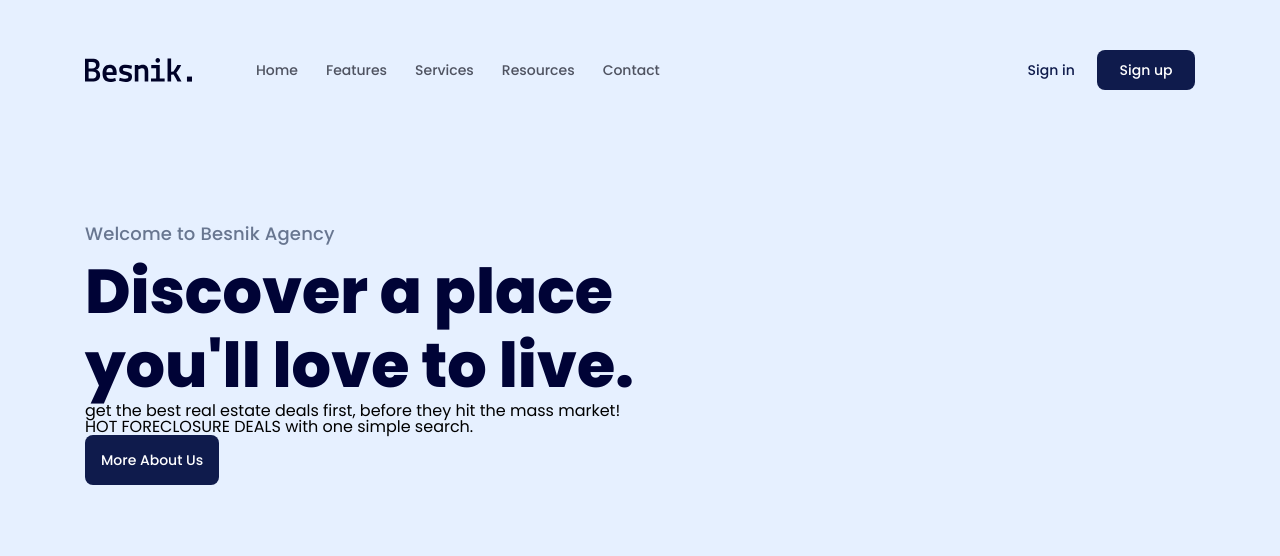
Repository: trungnguyen131/froject-01
Page: index.html
These files come from the project's save history. The page is drawn as it stood at one moment and after a run of saves; the edit follows.
The browser window is 1280 px wide. The pictures show the whole page.

Above is the page before, as saved 2024-02-25 23:42:42.

### index.html
<!DOCTYPE html>
<html lang="en">
<head>
    <meta charset="UTF-8">
    <meta name="viewport" content="width=device-width, initial-scale=1.0">
    <title>Project 01</title>
    <link rel="stylesheet" href="./assets/css/reset.css">
    <link rel="stylesheet" href="./assets/fonts/stylesheet.css">
    <link rel="stylesheet" href="./assets/css/style.css">
</head>
<body>
    <main>
        <!-- Header -->
        <header class="header">
            <div class="content">
                <nav class="navbar">
                    <!-- Logo -->
                    <img src="./assets/img/logo.svg" alt="Besnik.">
                    <!-- Navigation -->
                    <ul>
                        <li><a href="#!">Home</a></li>
                        <li><a href="#!">Features</a></li>
                        <li><a href="#!">Services</a></li>
                        <li><a href="#!">Resources</a></li>
                        <li><a href="#!">Contact</a></li>
                    </ul>
                    <!-- Action -->
                    <div class="actions">
                        <a href="#!" class="action-link">Sign in</a>
                        <a href="#!" class="btn action-btn">Sign up</a>
                    </div>
                </nav>
                <div class="hero">
                    <div class="info">
                        <p class="sub-title">Welcome to Besnik Agency</p>
                        <h1 class="title">Discover a place
                            you'll love to live.</h1>
                        <p class="desc">get the best real estate deals first,
                            before they hit the mass market! HOT FORECLOSURE DEALS with one simple search.</p>
                        <a href="#!" class="btn">More About Us</a>
                    </div>
                </div>
            </div>
        </header>
    </main>
</body>
</html>

### assets/fonts/stylesheet.css
/* ========================= Poppins =========================  */
@font-face {
    font-family: 'Poppins';
    src: url('Poppins/Poppins-SemiBold.woff2') format('woff2'),
        url('Poppins/Poppins-SemiBold.woff') format('woff');
    font-weight: 600;
    font-style: normal;
    font-display: swap;
}

@font-face {
    font-family: 'Poppins';
    src: url('Poppins/Poppins-Regular.woff2') format('woff2'),
        url('Poppins/Poppins-Regular.woff') format('woff');
    font-weight: normal;
    font-style: normal;
    font-display: swap;
}

@font-face {
    font-family: 'Poppins';
    src: url('Poppins/Poppins-MediumItalic.woff2') format('woff2'),
        url('Poppins/Poppins-MediumItalic.woff') format('woff');
    font-weight: 500;
    font-style: italic;
    font-display: swap;
}

@font-face {
    font-family: 'Poppins';
    src: url('Poppins/Poppins-Thin.woff2') format('woff2'),
        url('Poppins/Poppins-Thin.woff') format('woff');
    font-weight: 100;
    font-style: normal;
    font-display: swap;
}

@font-face {
    font-family: 'Poppins';
    src: url('Poppins/Poppins-ThinItalic.woff2') format('woff2'),
        url('Poppins/Poppins-ThinItalic.woff') format('woff');
    font-weight: 100;
    font-style: italic;
    font-display: swap;
}

@font-face {
    font-family: 'Poppins';
    src: url('Poppins/Poppins-Black.woff2') format('woff2'),
        url('Poppins/Poppins-Black.woff') format('woff');
    font-weight: 900;
    font-style: normal;
    font-display: swap;
}

@font-face {
    font-family: 'Poppins';
    src: url('Poppins/Poppins-Bold.woff2') format('woff2'),
        url('Poppins/Poppins-Bold.woff') format('woff');
    font-weight: bold;
    font-style: normal;
    font-display: swap;
}

@font-face {
    font-family: 'Poppins';
    src: url('Poppins/Poppins-SemiBoldItalic.woff2') format('woff2'),
        url('Poppins/Poppins-SemiBoldItalic.woff') format('woff');
    font-weight: 600;
    font-style: italic;
    font-display: swap;
}

@font-face {
    font-family: 'Poppins';
    src: url('Poppins/Poppins-BlackItalic.woff2') format('woff2'),
        url('Poppins/Poppins-BlackItalic.woff') format('woff');
    font-weight: 900;
    font-style: italic;
    font-display: swap;
}

@font-face {
    font-family: 'Poppins';
    src: url('Poppins/Poppins-ExtraBoldItalic.woff2') format('woff2'),
        url('Poppins/Poppins-ExtraBoldItalic.woff') format('woff');
    font-weight: bold;
    font-style: italic;
    font-display: swap;
}

@font-face {
    font-family: 'Poppins';
    src: url('Poppins/Poppins-ExtraBold.woff2') format('woff2'),
        url('Poppins/Poppins-ExtraBold.woff') format('woff');
    font-weight: bold;
    font-style: normal;
    font-display: swap;
}

@font-face {
    font-family: 'Poppins';
    src: url('Poppins/Poppins-ExtraLightItalic.woff2') format('woff2'),
        url('Poppins/Poppins-ExtraLightItalic.woff') format('woff');
    font-weight: 200;
    font-style: italic;
    font-display: swap;
}

@font-face {
    font-family: 'Poppins';
    src: url('Poppins/Poppins-ExtraLight.woff2') format('woff2'),
        url('Poppins/Poppins-ExtraLight.woff') format('woff');
    font-weight: 200;
    font-style: normal;
    font-display: swap;
}

@font-face {
    font-family: 'Poppins';
    src: url('Poppins/Poppins-BoldItalic.woff2') format('woff2'),
        url('Poppins/Poppins-BoldItalic.woff') format('woff');
    font-weight: bold;
    font-style: italic;
    font-display: swap;
}

@font-face {
    font-family: 'Poppins';
    src: url('Poppins/Poppins-Italic.woff2') format('woff2'),
        url('Poppins/Poppins-Italic.woff') format('woff');
    font-weight: normal;
    font-style: italic;
    font-display: swap;
}

@font-face {
    font-family: 'Poppins';
    src: url('Poppins/Poppins-Medium.woff2') format('woff2'),
        url('Poppins/Poppins-Medium.woff') format('woff');
    font-weight: 500;
    font-style: normal;
    font-display: swap;
}

@font-face {
    font-family: 'Poppins';
    src: url('Poppins/Poppins-LightItalic.woff2') format('woff2'),
        url('Poppins/Poppins-LightItalic.woff') format('woff');
    font-weight: 300;
    font-style: italic;
    font-display: swap;
}

@font-face {
    font-family: 'Poppins';
    src: url('Poppins/Poppins-Light.woff2') format('woff2'),
        url('Poppins/Poppins-Light.woff') format('woff');
    font-weight: 300;
    font-style: normal;
    font-display: swap;
}

### assets/css/style.css
* {
    box-sizing: border-box;
}

:root {
    --primary-color: #0f1b4c;
}

html {
    font-size: 62.5%;;
}

body {
    font-size: 1.6rem;
    font-family: 'Poppins', sans-serif;
}

/* Common */
a {
    text-decoration: none;
}
.content {
    width: 1110px;
    max-width: calc(100% - 48px);
    margin-left: auto;
    margin-right:auto;
}
.btn {
    min-width: 98px;
    background-color: var(--primary-color);
    border-radius: 8px;
    color: #FFF;
    text-align: center;
    font-size: 1.4rem;
    font-weight: 500;
    display: inline-block;
    padding: 18px 16px;
}
/* Header */
.header {
    height: 100vh;
    background: #E6F0FF;
}

.navbar {
    display: flex;
    align-items: center;
    padding-top: 50px;
}

.navbar ul {
    display: flex;
    margin-left: 50px;
}

.navbar .actions {
    margin-left: auto;
}

.navbar ul a {
    font-size: 1.4rem;
    font-weight: 500;
    color: #4F5361;
    padding: 8px 14px;
}

.navbar .action-link {
    font-size: 1.4rem;
    font-weight: 500;
    color: var(--primary-color);
}

.navbar .action-btn {
    padding: 13px 16px;
    margin-left: 18px;
}

.hero {
    margin-top: 130px;
}

.hero .info {
    width: 51%;
}

.hero .sub-title {
    font-weight: 500;
    font-size: 1.8rem;
    line-height: 1.5;
    letter-spacing: 0.01em;
    color: #687690;
}

.hero .title {
    margin-top: 8px;
    font-weight: 700;
    font-size: 6.2rem;
    line-height: 1.19; /* 118.75% */
    color: #000336;
}

.hero .desc {

}

Loaded but not shown: assets/css/reset.css (common file)

After the next 2 saves:
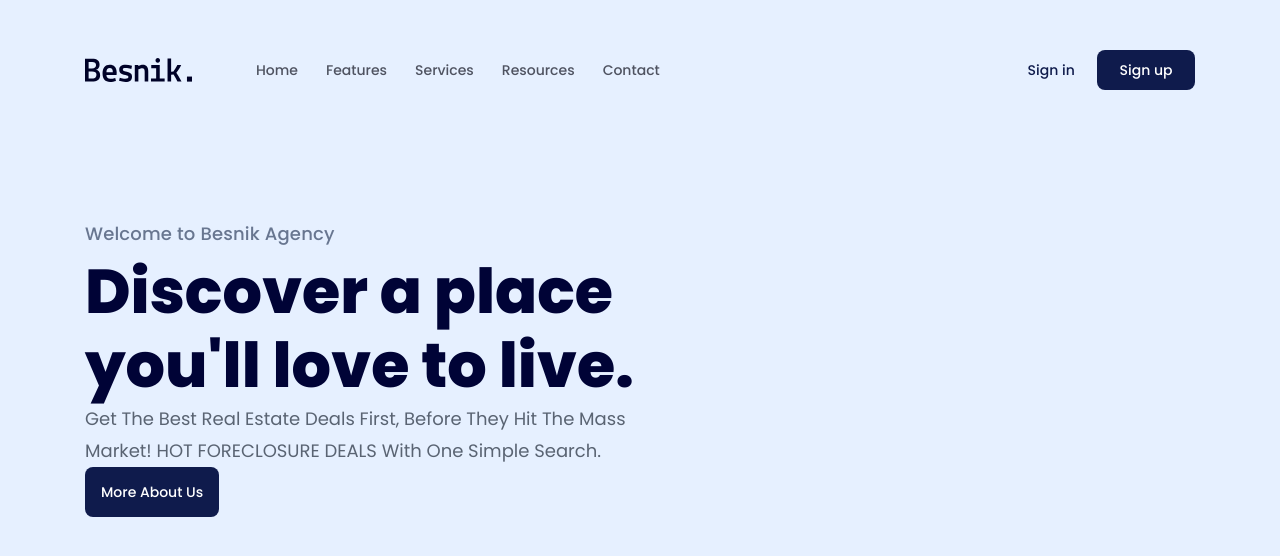
The 2 saves are shown as one change because they came seconds apart.
The last was saved 67 s later.
--- a/assets/css/style.css
+++ b/assets/css/style.css
@@ -100,5 +100,11 @@ a {
 }
 
 .hero .desc {
-
+    color: #5A6473;
+    font-family: Poppins;
+    font-size: 18px;
+    font-style: normal;
+    font-weight: 400;
+    line-height: 32px; /* 177.778% */
+    text-transform: capitalize;
 }
